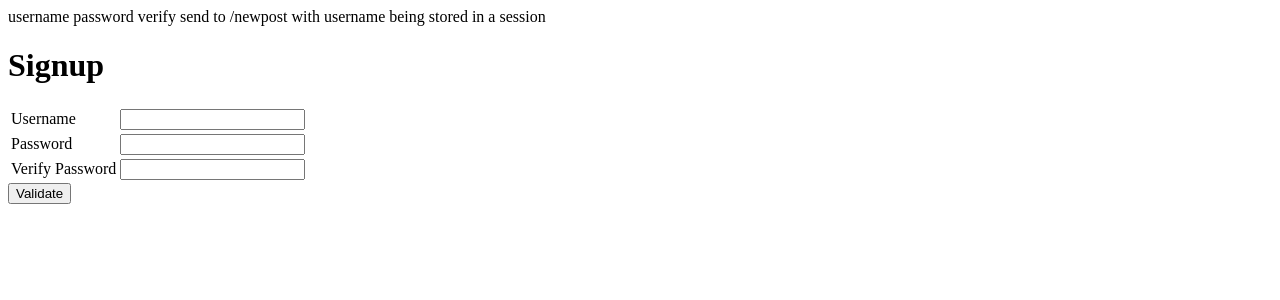
Repository: jwilliams32/blogz
Page: http://localhost/signup
The author's editor kept a copy of each file at every save. The page is drawn from the files as they stood at one save, then again after the next save.
The browser window is 1280 px wide. The pictures show the whole page.
The page is served by the project's application, run on Flask 3 (main.py). The session is filled in as if someone had signed in: {"username": "testuser"}.

Above is the page before, as saved 2017-10-24 19:22:53.

After the next save:
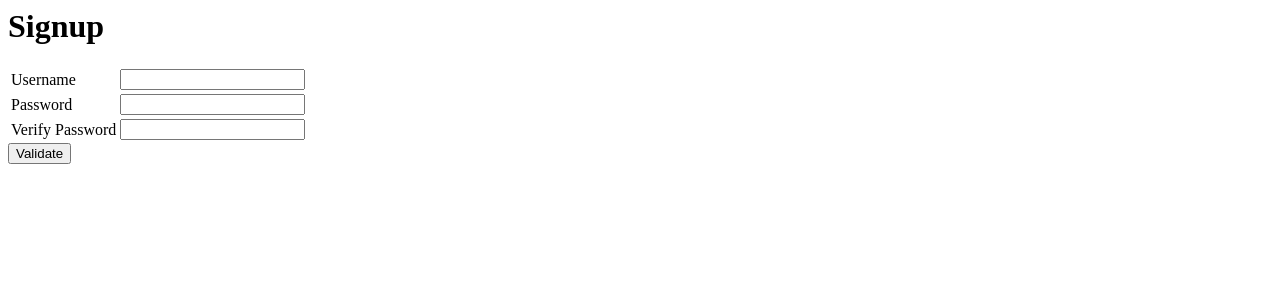
Saved 100 s later.
--- a/templates/signup.html
+++ b/templates/signup.html
@@ -1,8 +1,3 @@
-username
-password
-verify
-
-send to /newpost with username being stored in a session
 
 <head>
     <style>
